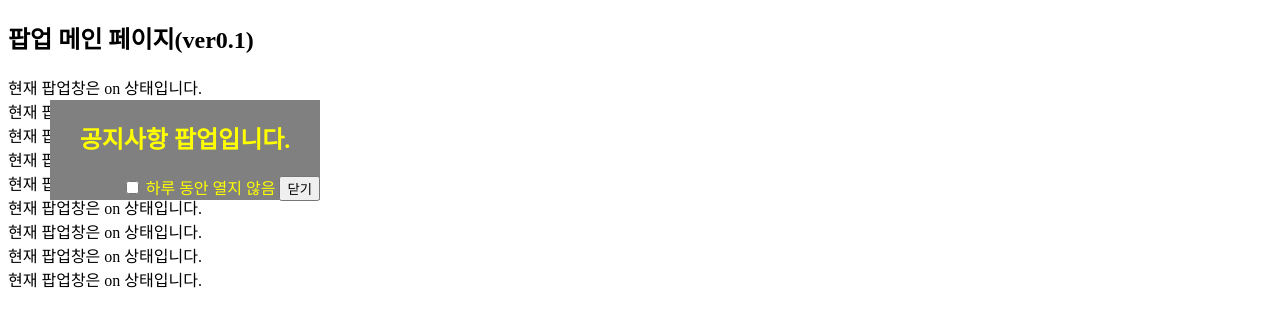
Repository: bluelessman/JSPServlet
Page: http://localhost/ServletStudy/04Cookie/PopupMain.jsp
These files come from the project's save history. The page is drawn as it stood at one moment and after the next save; the edit follows.
The browser window is 1280 px wide. The pictures show the whole page.
The page is served by Tomcat 10.

Above is the page before, as saved 2023-12-13 01:38:35.

After the next save:
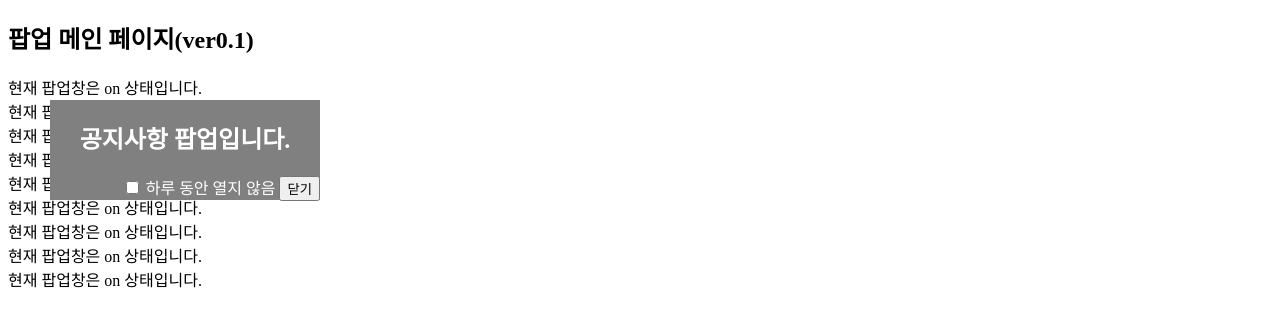
Saved 48 s later.
--- a/ServletStudy/src/main/webapp/04Cookie/PopupMain.jsp
+++ b/ServletStudy/src/main/webapp/04Cookie/PopupMain.jsp
@@ -10,7 +10,7 @@
 <title>쿠키를 이용한 팝업 관리 ver 0.1</title>
 <style>
 div#popup{
-position: absolute; top:100px; left:50px; color:yellow; width:270px;height:100px;background-color:gray;
+position: absolute; top:100px; left:50px; color:white; width:270px;height:100px;background-color:gray;
 }
 div$popup>div{
 position:relatvie; background-color:#ffffff; top:0px; border:1px solid gray; padding:10x;color:black;
